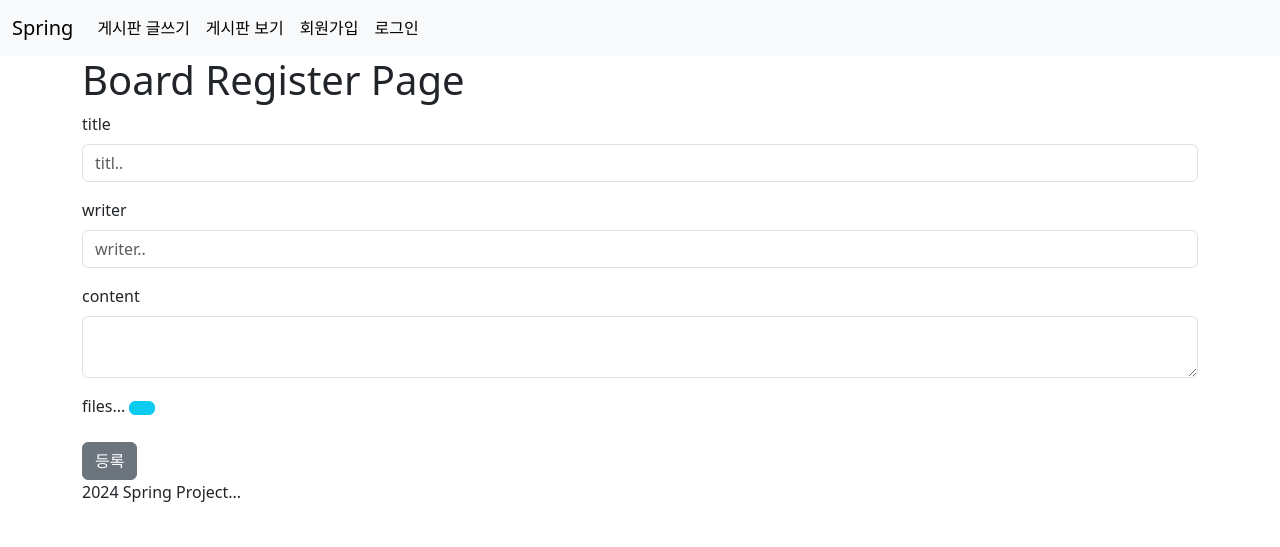
Repository: dlfhrrl12/springtest
Page: http://localhost/spring_study/WEB-INF/views/board/register.jsp
These files come from the project's save history. The page is drawn as it stood at one moment and after the next save; the edit follows.
The browser window is 1280 px wide. The pictures show the whole page.
The page is served by Tomcat 9. Nobody is signed in. The template is opened directly, without the code that normally fills it, so the values that code supplies are empty.

Above is the page before, as saved 2024-04-29 01:36:16.

After the next save:
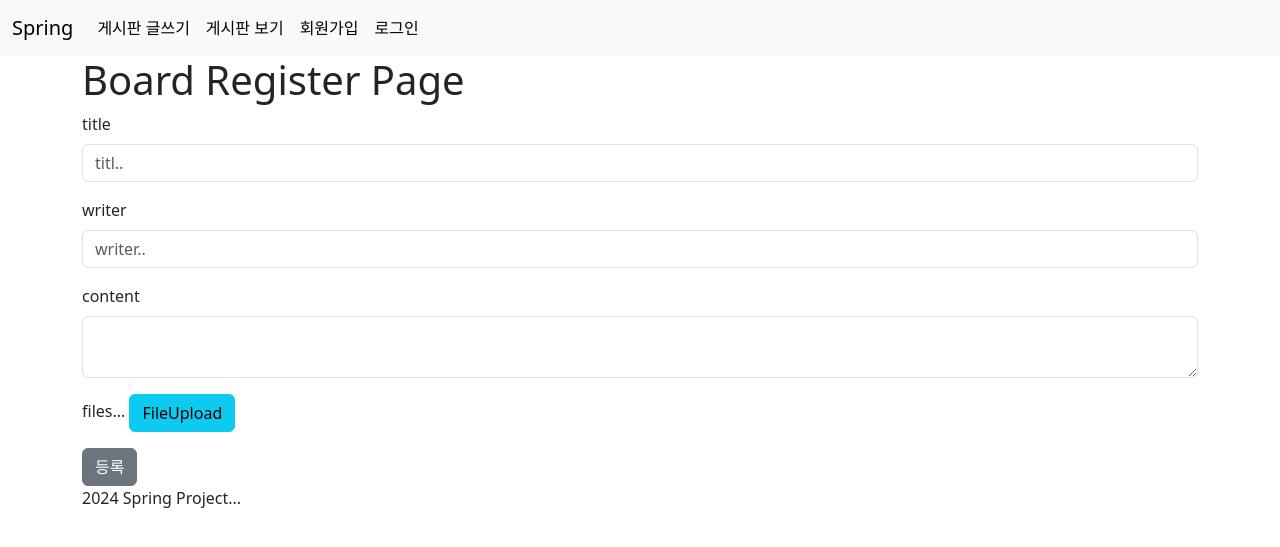
Saved 14 s later.
--- a/spring_study/src/main/webapp/WEB-INF/views/board/register.jsp
+++ b/spring_study/src/main/webapp/WEB-INF/views/board/register.jsp
@@ -21,7 +21,7 @@
 			<div class="mb-3">
 		  		<label for="file" class="form-label">files...</label>
 		  		<input type="file" class="form-control" name="files" id="file" multiple="multiple" style="display: none;">
-		  		<button type="button" class="btn btn-info"></button>
+		  		<button type="button" class="btn btn-info">FileUpload</button>
 			</div>
 			<button type="submit" class="btn btn-secondary">등록</button>
 		</form>
